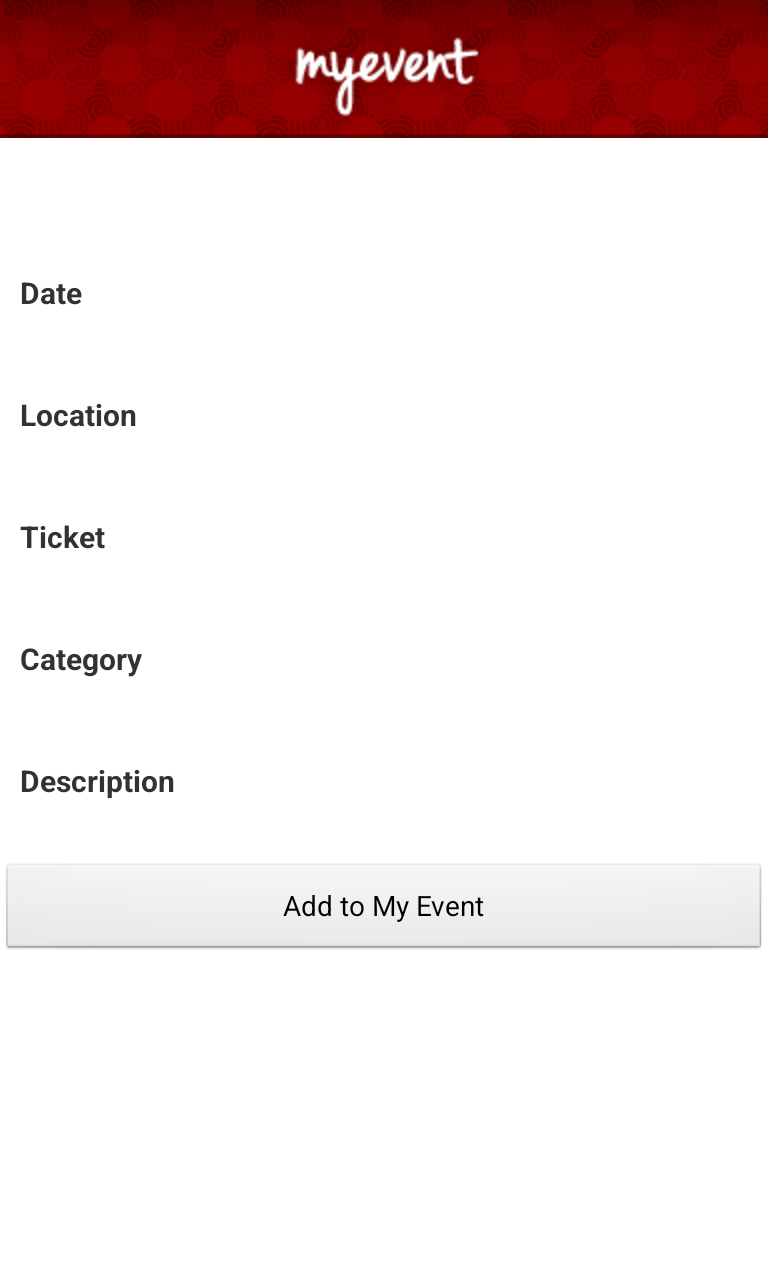
Repository: galihandy/chessboard
Layout: myEvent/res/layout/detail_feature_event.xml
An editor plug-in stored every save of this project. The layout is shown before and after the next save, followed by the edit.
It is drawn on a 768 x 1280 px phone screen (xhdpi) without system bars, with theme android:Theme.Light.NoTitleBar; the app's code is not run.

Above is the layout before, as saved 2013-01-27 08:16:22.

After the next save:
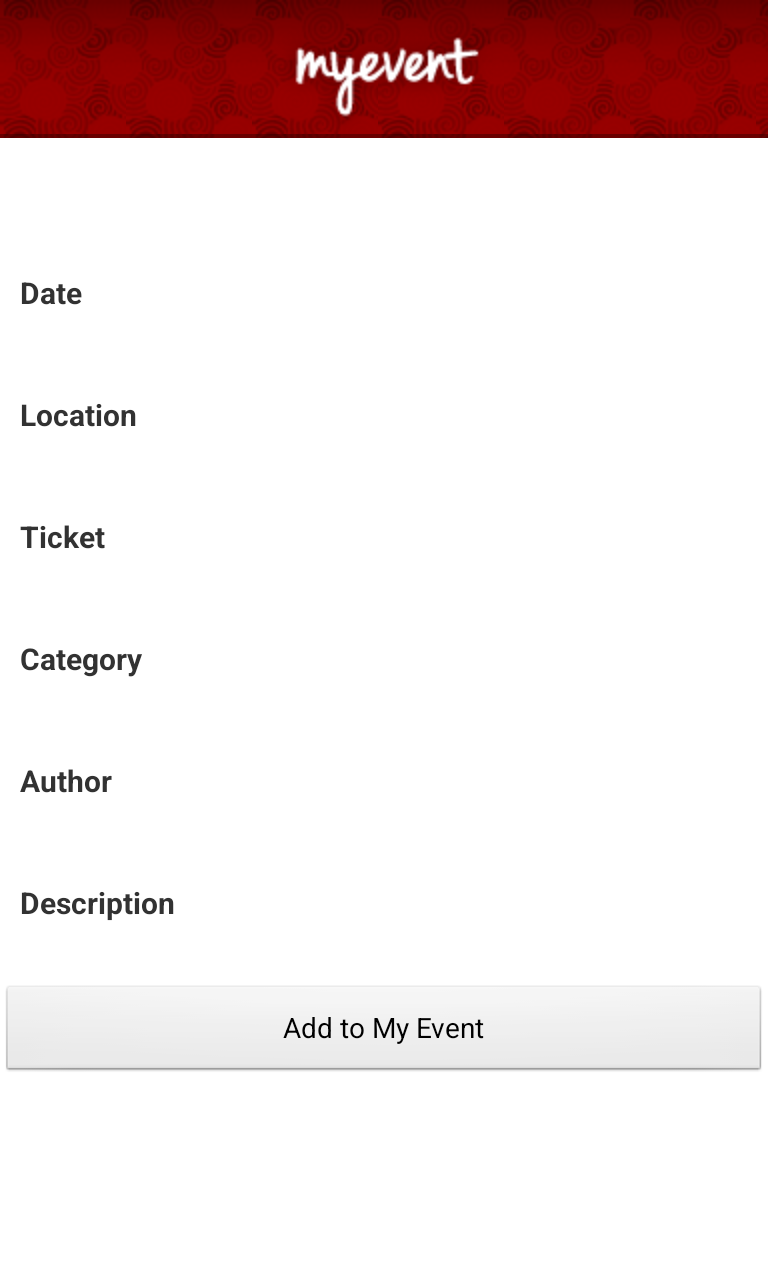
Saved 44 s later.
--- a/myEvent/res/layout/detail_feature_event.xml
+++ b/myEvent/res/layout/detail_feature_event.xml
@@ -122,6 +122,27 @@
                     android:textSize="15dip" />
             </LinearLayout>
 
+			<!-- Event Author -->
+			<LinearLayout
+                android:layout_width="match_parent"
+                android:layout_height="wrap_content"
+                android:layout_margin="10dip"
+                android:orientation="vertical" >
+
+                <TextView
+                    android:layout_width="match_parent"
+                    android:layout_height="wrap_content"
+                    android:text="@string/author"
+                    android:textSize="15dip"
+                    android:textStyle="bold" />
+
+                <TextView
+                    android:id="@+id/event_author"
+                    android:layout_width="match_parent"
+                    android:layout_height="wrap_content"
+                    android:textSize="15dip" />
+            </LinearLayout>
+
             <!-- Event Description -->
 
             <LinearLayout
